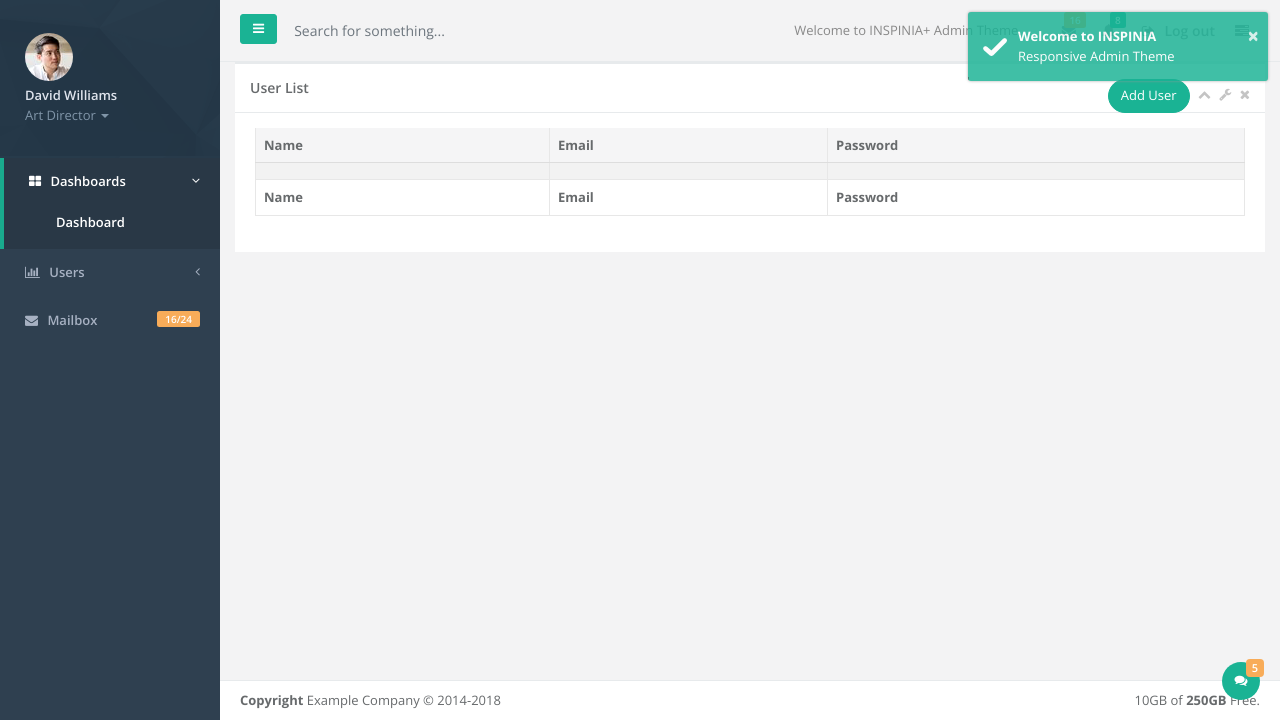
Repository: WAQARHUSSAIN12/quiz
Page: http://localhost/users
An editor plug-in stored every save of this project. The page is shown before and after the next save, followed by the edit.
The browser window is 1280 px wide. The pictures show the whole page.
The page is served by the project's Laravel application, run on PHP 8.4 with Laravel 9.

Above is the page before, as saved 2024-08-09 16:57:36.
Console error: TypeError: Cannot read properties of undefined (reading 'plugins')

After the next save:
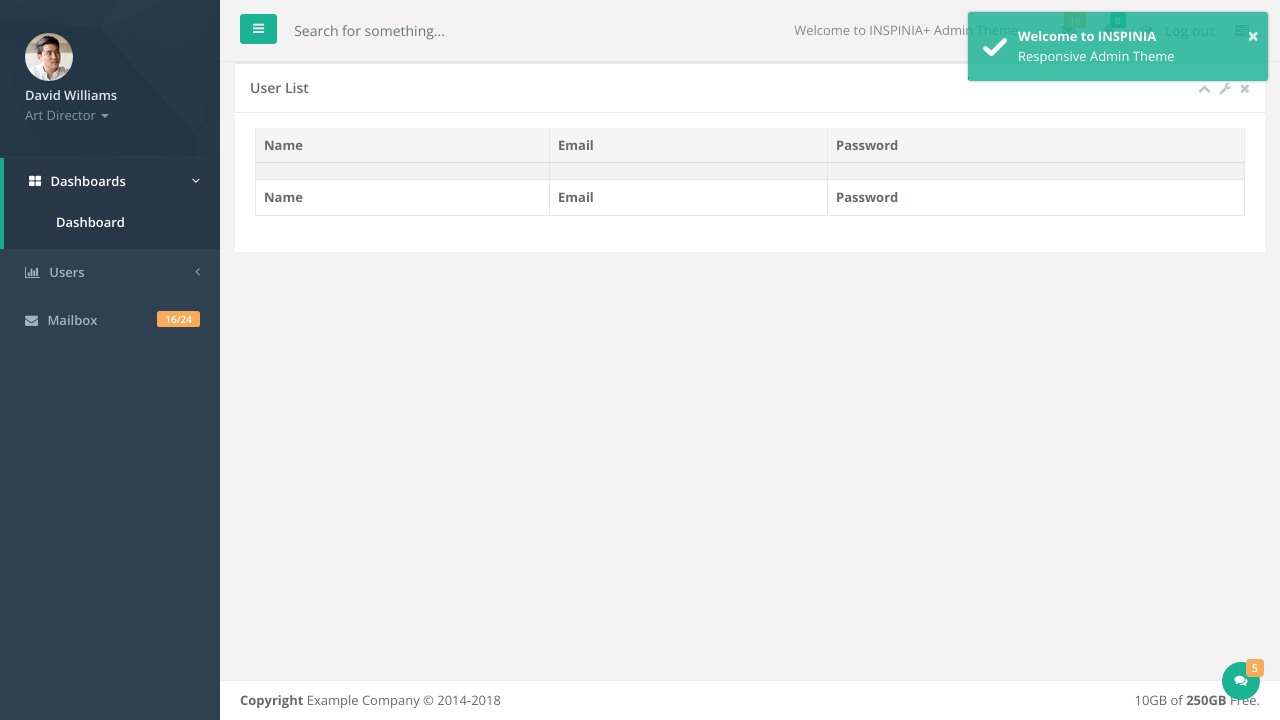
Saved 3 min 49 s later.
--- a/resources/views/backend/users/index.blade.php
+++ b/resources/views/backend/users/index.blade.php
@@ -13,7 +13,7 @@
                 <h5>User List</h5>
                 <div class="ibox-tools">
 
-                <a class="btn btn-primary btn-rounded" href="#">Add User</a>
+
 
                     <a class="collapse-link">
                         <i class="fa fa-chevron-up"></i>
